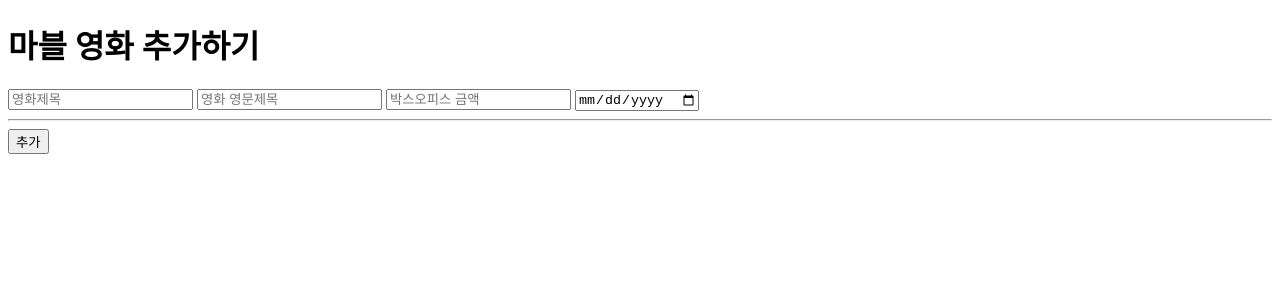
Repository: tkdwns0016/WebEclipse
Page: http://localhost/jsp06_ex/Marble2/input.jsp
An editor plug-in stored every save of this project. The page is shown before and after the next save, followed by the edit.
The browser window is 1280 px wide. The pictures show the whole page.
The page is served by Tomcat 9.

Above is the page before, as saved 2021-05-24 01:08:09.

After the next save:
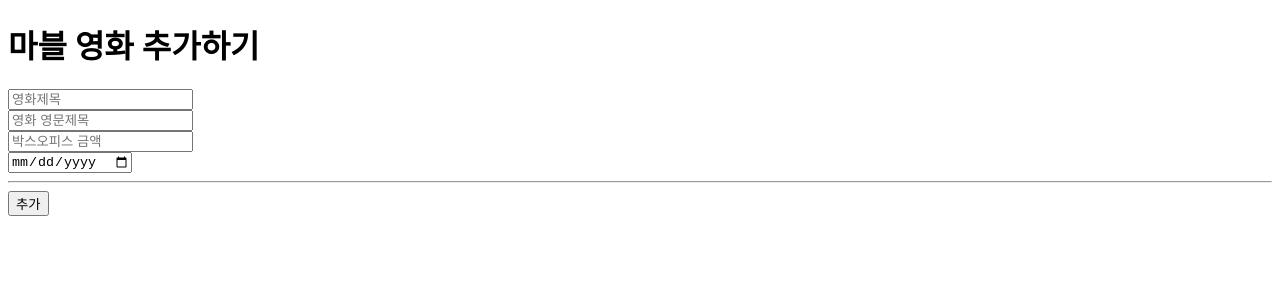
Saved 17 s later.
--- a/jsp06_ex/WebContent/Marble2/input.jsp
+++ b/jsp06_ex/WebContent/Marble2/input.jsp
@@ -10,10 +10,10 @@
 <h1>마블 영화 추가하기</h1>
 <%-- 영화 한글제목, 영화 영문제목, 박스오피스, 개봉일을 입력받는다 --%>
 	<form action="process.jsp">
-	<input type="text" name="title" placeholder="영화제목">
-	<input type="text" name="titleEng" placeholder="영화 영문제목">
-	<input type="number" name="boxOffice" placeholder="박스오피스 금액">
-	<input type="date" name="releaseDate" title="개봉일">
+	<input type="text" name="title" placeholder="영화제목"><br>
+	<input type="text" name="titleEng" placeholder="영화 영문제목"><br>
+	<input type="number" name="boxOffice" placeholder="박스오피스 금액"><br>
+	<input type="date" name="releaseDate" title="개봉일"><br>
 	<hr>
 	<input type="submit" value="추가">
 
